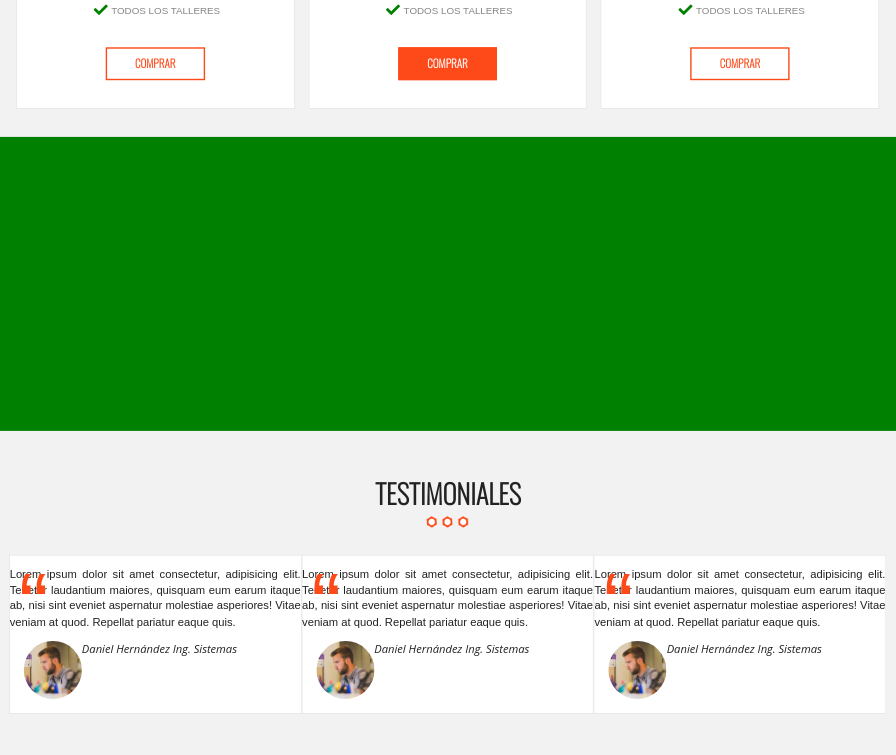
Repository: edgarhdzp/pagina-conferencias-reservaciones
Page: index.html
These files come from the project's save history. The page is drawn as it stood at one moment and after the next save; the edit follows.
The browser window is 1280 px wide. The pictures show the part of the page from y = 3842 to 5762 px (the page is 4921 px tall before and 5762 px after), at 70% of full size.

Above is the page before, as saved 2020-07-01 19:27:36.

After the next save:
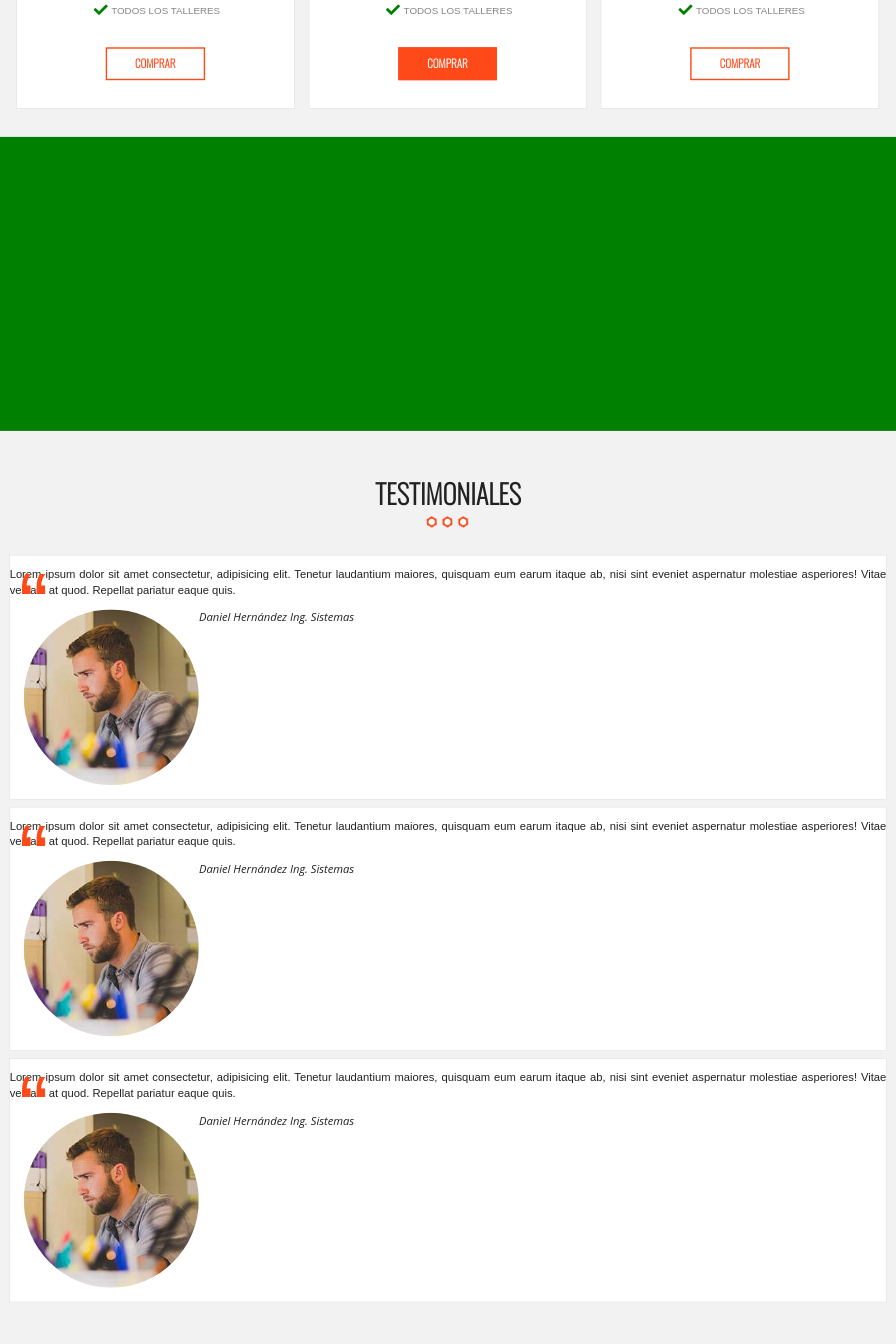
Saved 7 s later.
--- a/css/main.css
+++ b/css/main.css
@@ -650,13 +650,6 @@ div.testmonial {
 }
 
 @media only screen and (min-width:768px) {
-    div.testimonial {
-        float: left;
-        width: 33.3%;
-    }
-}
-
-@media only screen and (min-width:768px) {
     div.testmonial {
         float: left;
         width: 33.3%;
